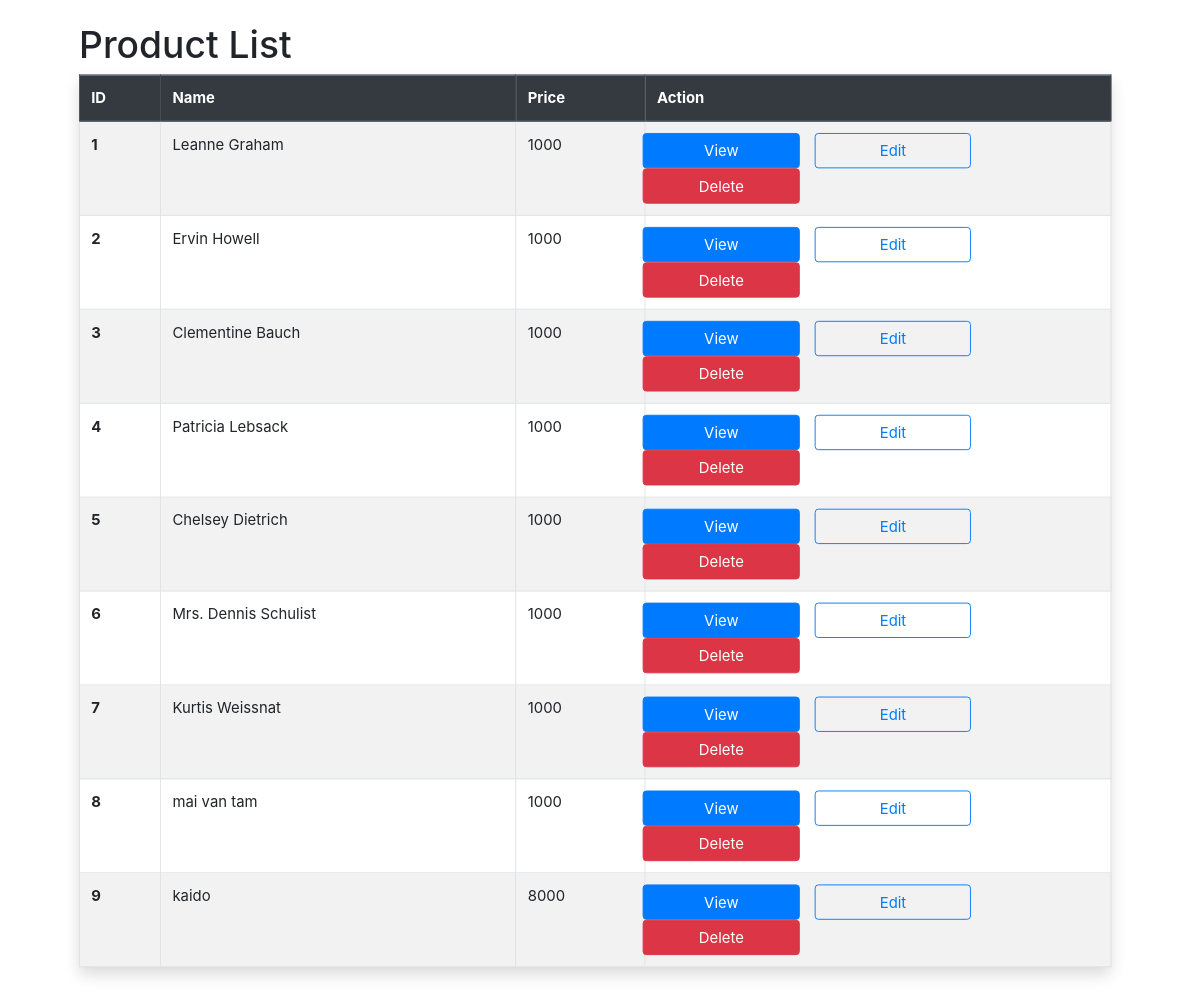
Repository: tammv/crud_product
Page: /manage-product
An editor plug-in stored every save of this project. The page is shown before and after the next save, followed by the edit.
The browser window is 1280 px wide. The pictures show the whole page, at 93% of full size.
The project was rebuilt for these pictures with package versions that can differ from the ones it lists, and the page was loaded fresh each time. Requests to the local data server were answered from the project's data file. Also part of the build but not shown: src/index.css, src/components/pages/NotFound.js, src/components/products/UpdateProduct.js, src/components/products/Product.js, src/components/products/AddProduct.js, src/components/layout/Navbar.js.

Above is the page before, as saved 2023-07-10 21:44:55.

After the next save:
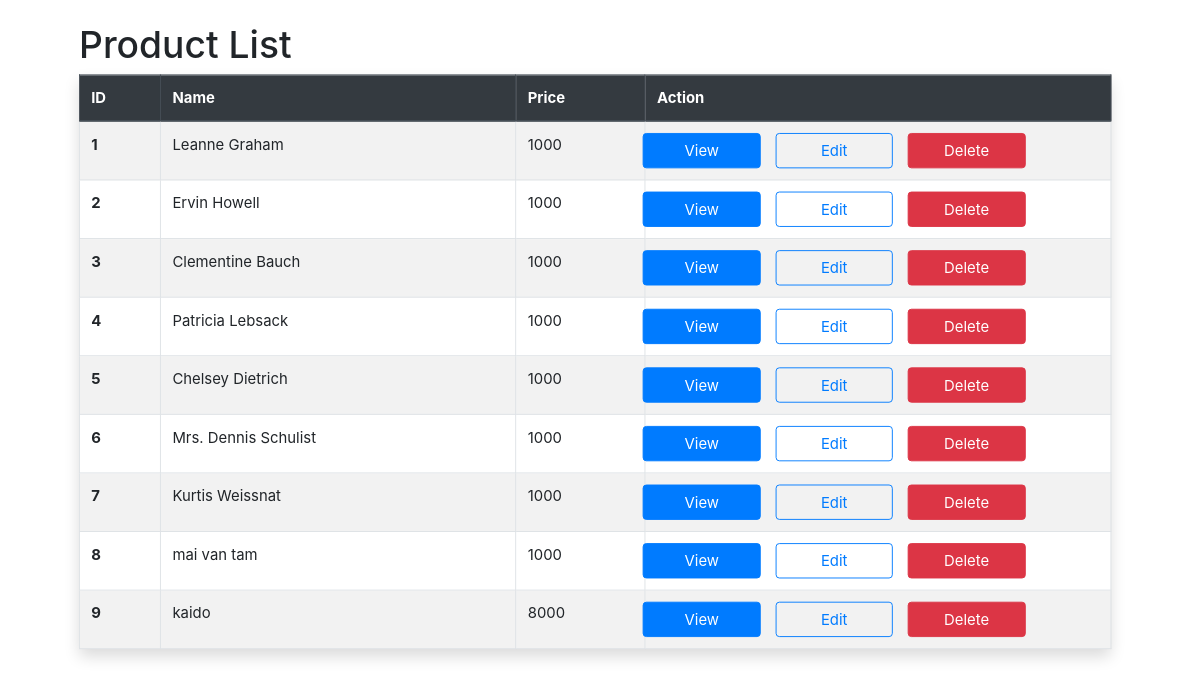
Saved 17 s later.
--- a/src/components/pages/ManageProduct.js
+++ b/src/components/pages/ManageProduct.js
@@ -64,13 +64,13 @@ const ManageProduct = () => {
                 <td>{product.price}</td>
                 <td>
                   <div className="row">
-                    <Link className="btn btn-primary mr-3 col-4" to={`/products/${product.id}`}>
+                    <Link className="btn btn-primary mr-3 col-3" to={`/products/${product.id}`}>
                       View
                     </Link>
-                    <Link className="btn btn-outline-primary mr-3 col-4" to={`/products/update/${product.id}`}>
+                    <Link className="btn btn-outline-primary mr-3 col-3" to={`/products/update/${product.id}`}>
                       Edit
                     </Link>
-                    <button className="btn btn-danger mr-3 col-4" onClick={() => deleteProduct(product.id)}>
+                    <button className="btn btn-danger mr-3 col-3" onClick={() => deleteProduct(product.id)}>
                       Delete
                     </button>
                   </div>
